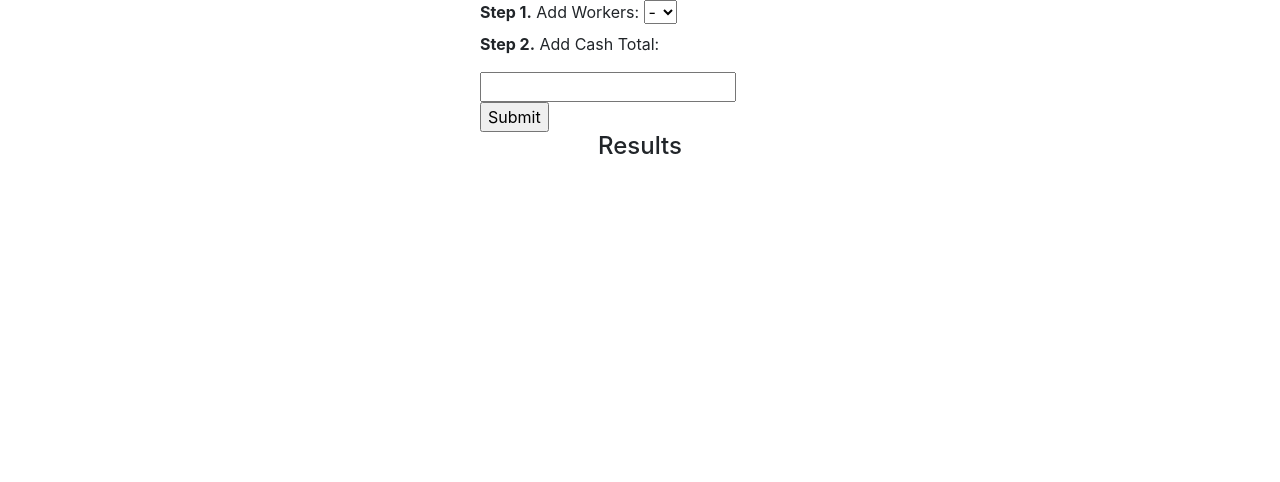
Repository: PBillingsby/on-the-fly
Page: on-the-fly-frontend/index.html
The author's editor kept a copy of each file at every save. The page is drawn from the files as they stood at one save, then again after the next save.
The browser window is 1280 px wide. The pictures show the whole page.

Above is the page before, as saved 2020-07-13 16:21:26.

After the next save:
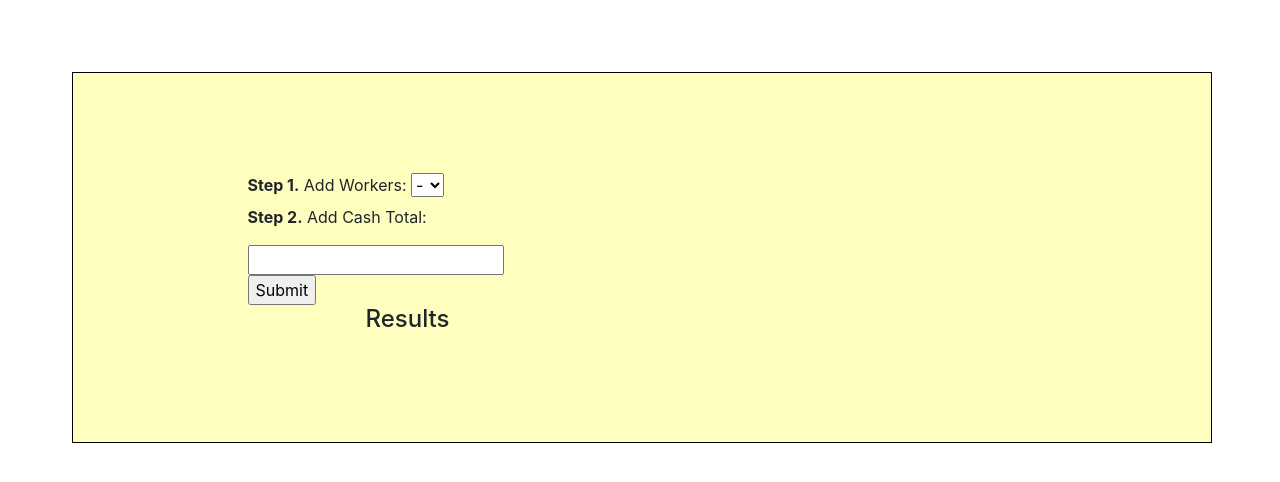
Saved 14 s later.
--- a/on-the-fly-frontend/index.html
+++ b/on-the-fly-frontend/index.html
@@ -10,28 +10,32 @@
   <title>Document</title>
 </head>
 <body>
-  <div class="tip-calculator mx-auto">
-    <div id="worker-form" class="mx-auto">
-      <label><strong>Step 1.</strong> Add Workers:</label>
-      <select name="worker" id="addworker" onchange="addWorker(value)">
-        <option value="-" disable>-</option>
-        <option value="1">1</option>
-        <option value="2">2</option>
-        <option value="3">3</option>
-        <option value="4">4</option>
-        <option value="5">5</option>
+  <div class="container">
 
-      </select>
+      <div class="tip-calculator mx-auto">
+          <div id="worker-form" class="mx-auto">
+            <label><strong>Step 1.</strong> Add Workers:</label>
+            <select name="worker" id="addworker" onchange="addWorker(value)">
+              <option value="-" disable>-</option>
+              <option value="1">1</option>
+              <option value="2">2</option>
+              <option value="3">3</option>
+              <option value="4">4</option>
+              <option value="5">5</option>
 
-      <form id="form-block">
-      </form>
-      <p><strong>Step 2.</strong> Add Cash Total:</p><input type="number" placeholder="" id="cashTips"></span>
-      <input type="submit" placeholder="Add Cash" onclick="calculateTips()">
+            </select>
 
-    </div>
-    <div id="results" class="mx-auto">
-      <h4 class="text-center">Results</h4>
-    </div>
+            <form id="form-block">
+            </form>
+            <p><strong>Step 2.</strong> Add Cash Total:</p><input type="number" placeholder="" id="cashTips"></span>
+            <input type="submit" placeholder="Add Cash" onclick="calculateTips()">
+
+          </div>
+          <div id="results" class="mx-auto">
+            <h4 class="text-center">Results</h4>
+          </div>
+        </div>
   </div>
+
 </body>
 </html>
